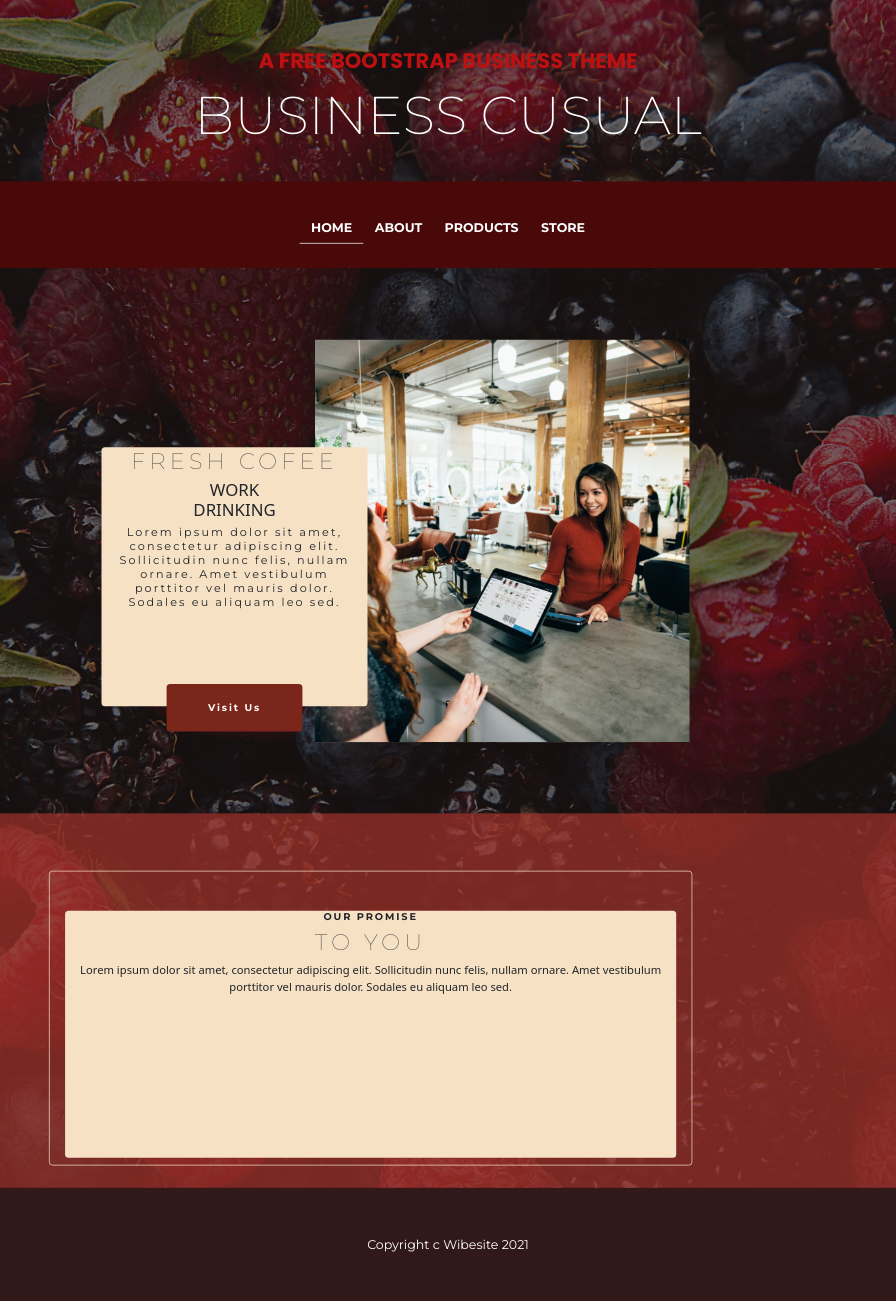
Repository: wadelfadill/tache_7_Business_bootstrap_theme
Page: index.html
An editor plug-in stored every save of this project. The page is shown before and after the next save, followed by the edit.
The browser window is 1280 px wide. The pictures show the whole page, at 70% of full size.

Above is the page before, as saved 2023-04-27 21:06:54.

After the next save:
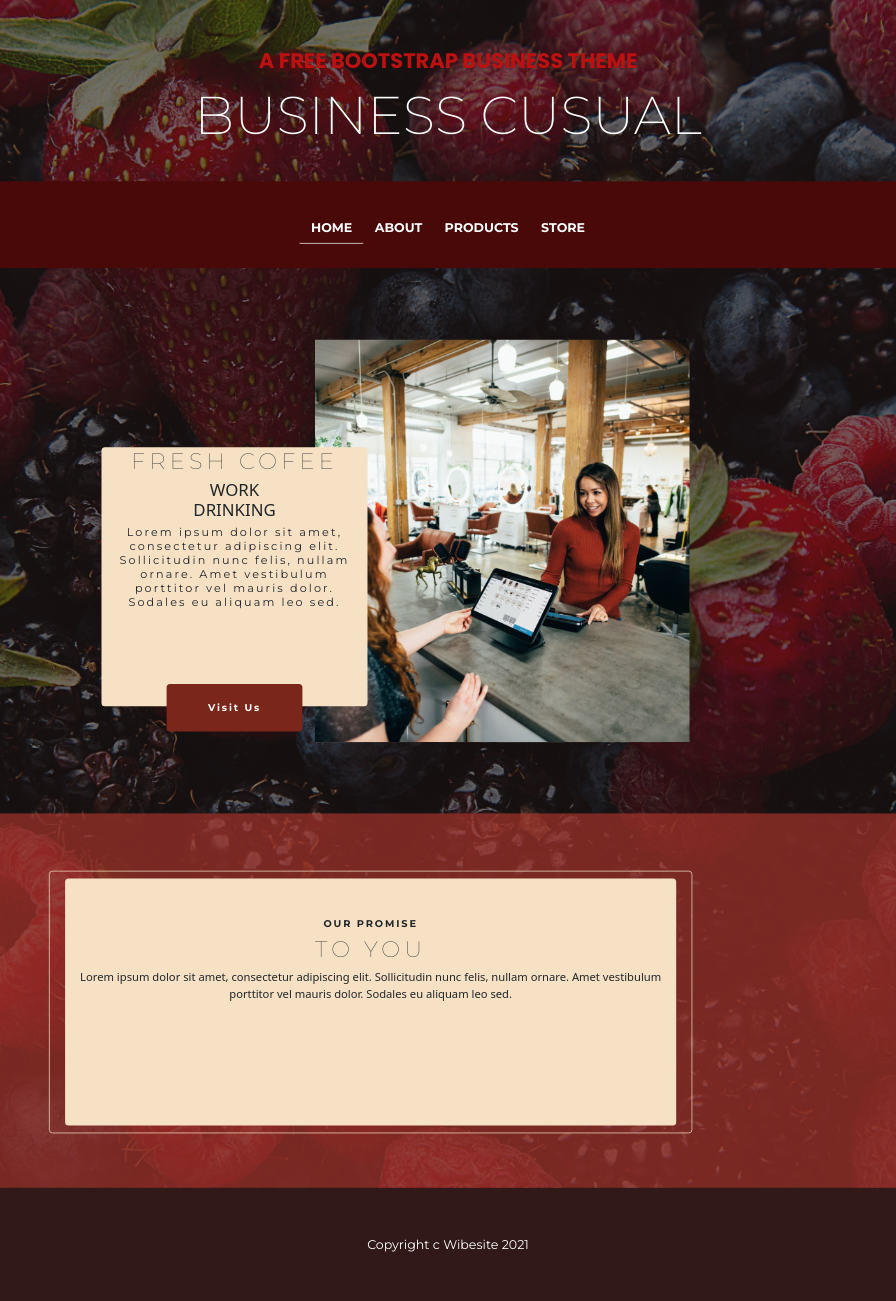
Saved 20 s later.
--- a/css/index_style.css
+++ b/css/index_style.css
@@ -105,7 +105,7 @@
     line-height: 17px;
     text-align: center;
     letter-spacing: 0.19em;
-    margin-top: 56px;
+    padding-top: 56px;
 }
 #second_section .box h3{
     font-family: 'Montserrat';
